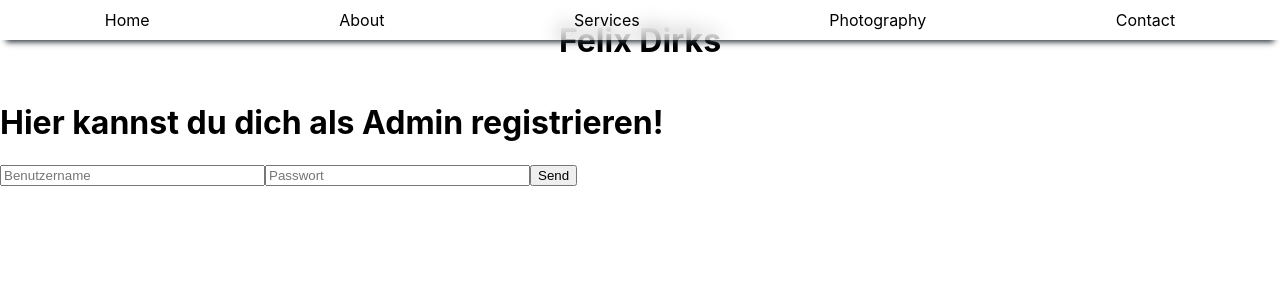
Repository: muhanad-musawi/backend-projekt-frondend
Page: /register (app in pohtographer/)
The author's editor kept a copy of each file at every save. The page is drawn from the files as they stood at one save, then again after the next save.
The browser window is 1280 px wide. The pictures show the whole page.
The page's requests for data from a server got no answer. The project was rebuilt for these pictures with package versions that can differ from the ones it lists, and the page was loaded fresh each time. The framework's server and built-in components were replaced by stand-ins that run in the browser. No one was signed in, and anything a server would have sent is missing. Also part of the build but not shown: pohtographer/next.config.js, pohtographer/styles/Footer.module.css.

Above is the page before, as saved 2022-03-25 19:39:17.

### pohtographer/pages/_app.js
import '../styles/globals.css'
import Layout from '../layouts/default'

function MyApp({ Component, pageProps }) {


  const getLayout = Component.getLayout
  || ((page) => (<Layout>{page}</Layout>))

  return  getLayout (<Component {...pageProps} />


  )

}

export default MyApp

### pohtographer/pages/register.jsx

 import { useState } from 'react'





function Register() {
  // recordAdd
  //const [ registerAdd, setRegisterAdd]  = useState([]) ;
  //const [adminName , setAdminName] = useState('')
 //const [adminPassword , setAdminPassword] = useState('')

  const initialInput = {
    adminName: '',
    adminPassword: ''
   }
   const [inputs, setInputs] = useState(initialInput)


   function handleInputChange(event) {

     const value =  event.target.value

    const name =  event.target.name

    console.log(value + name);
    setInputs({
       ...inputs,
     [name]: value})


   }

   const BACKEND_URL = process.env.NEXT_PUBLIC_BACKEND_URL;
 const REGISTER_PATH = BACKEND_URL + '/login/admin/register'


   const fetchRegisterAddData = (register)=>{
     console.log("records:"+ register);

     /*'http://localhost:4000/records'*/

     const registerJson  = JSON.stringify(register)
     fetch(REGISTER_PATH  , {
       method: 'POST',
       headers: {
         'Content-Type': 'application/json'
       },
       body: registerJson

   })
   .then((response) => {
    if (response.status !== 201) {
      alert("An Error occured");
      return;
    } else {
       router.reload(window.location.pathname)
       //navigate("/Photography", { replace: true });
      return response.json();
    }
  })
   .catch((err)=>console.log(err))
 }

   function handleSubmit(event) {
     event.preventDefault()
     const newAdmin = {
       ...inputs
     }
     fetchRegisterAddData(newAdmin )
   }


   return (
    <div>
      <h1>Hier kannst du dich als Admin registrieren!</h1>
     <div className='adminRegister' >
    <form className='adminRegisterForm' action="" onSubmit={handleSubmit}>

   {/**<label for="adminName">Benutzername <span>*</span></label> */}

    <input type="text" name="adminName"  id="adminName" placeholder='Benutzername' value={inputs.adminName} size="30" maxLength="50" onChange={handleInputChange}></input>
    {/**  <label for="adminPassword">Passwort<span>*</span></label> */}

    <input type="password" name="adminPassword"  id="adminPassword" placeholder='Passwort' value={inputs.adminPassword} size="30" maxLength="10" onChange={handleInputChange}></input>

    <input type="submit" value="Send" />
    </form>
     </div>
     </div>
     );
}

export default Register

### pohtographer/styles/globals.css
html,
body {
  padding: 0;
  margin: 0;
  font-family: -apple-system, BlinkMacSystemFont, Segoe UI, Roboto, Oxygen,
    Ubuntu, Cantarell, Fira Sans, Droid Sans, Helvetica Neue, sans-serif;
}

a {
  color: inherit;
  text-decoration: none;
}

* {
  box-sizing: border-box;
}

### pohtographer/layouts/default.jsx

import Header from '../components/Header'

import Footer from '../components/Footer'
import Head from 'next/head'


function Layout ({children}) {
  return (
    <div>
       <Header/>
       <Head>
        <title>my-App</title>
        <meta name="description" content="Generated by create next app" />
        <link rel="icon" href="/favicon.ico" />
      </Head>
      {children}
      <Footer/>
    </div>
  )
}

export default Layout

### pohtographer/components/Header.jsx
import Link from 'next/link'
import Image from 'next/image'
import home from '../img/home.svg'
import about from '../img/about.svg'
import service from '../img/service.svg'
import experience from '../img/experience.svg'
import contact from '../img/contact.svg'

import styles from '../styles/Header.module.css'
import { useRouter } from "next/router";



function Header() {

  const router = useRouter();

  return (
    <div className={styles.navbarCenter} >
      <h1 className={styles.logoName}>Felix Dirks</h1>
    <div className={styles.headerLinks}>

        <Link href="/">
          <a className={router.pathname == "/" ? styles.active : ""}><span className={styles.desktopVersion}>Home</span>
        <span className={styles.mobileVersion}>

          <span className={styles.img}> <Image  src={home} alt="home" /></span>


        </span></a>
        </Link>

        <Link href="/About">
          <a className={router.pathname == "/About" ? styles.active : ""}>
          <span className={styles.desktopVersion}>About</span>
        <span className={styles.mobileVersion}>


        <span className={styles.img} ><Image   src={about} alt="about" /></span>

        </span>
          </a>
        </Link>

        <Link href="/Services">
          <a className={router.pathname == "/Services" ? styles.active  : ""}>
          <span className={styles.desktopVersion}>Services</span>
        <span className={styles.mobileVersion}>

          <span className={styles.img}><Image  src={service} alt="service" /></span>


        </span>
          </a>
        </Link>

        <Link href="/Photography">
          <a className={router.pathname == "/Photography" ? styles.active  : ""}>
          <span className={styles.desktopVersion}>Photography</span>
        <span className={styles.mobileVersion}>

          <span className={styles.img} > <Image  src={home} alt="home" /></span>


        </span>
          </a>
        </Link>

        <Link href="/Contact">
          <div className={router.pathname == "/Contact" ? styles.active : ""}>
          <span className={styles.desktopVersion}>Contact</span>

        <span className={styles.mobileVersion}>

          <span className={styles.img} ><Image  src={contact} alt="contact" /></span>

        </span>
          </div>
        </Link>

        </div>

    </div>
  )
}

export default Header

### pohtographer/components/Footer.jsx
import styles from '../styles/Footer.module.css'

function Footer() {
  return (
    <div className={styles.footer} >

    </div>
  )
}

export default Footer

### pohtographer/styles/Header.module.css
/*
$color-white:#ffffff;
$footer-color:#737373;
$color-gold:#a57d38;
$color-dark:#242d34;
*/




.navbarCenter {
  width: 100%;
  display: flex;
  justify-content: center;

}

.headerLinks {
  -webkit-backdrop-filter: blur(10px);
  backdrop-filter: blur(10px);
  background-color: rgba(255, 255, 255, 0.5);

  margin: auto auto;
  padding: 10px;
  margin-bottom: 50px;
  display: flex;
  justify-content: space-around;
  align-items: center;

  border-radius: 40px;
  overflow: hidden;
  position: fixed;
  bottom: 0;
  width: 85%;
}

.mobileVersion {
  display: flex;
  justify-content: center;
  align-items: center;
  visibility: visible;
  border: 1px solid #a57d38;
  border-radius: 60%;
}

.mobileVersion:hover {
  border: 1px solid #a57d38;
  background-color: #242d34;
  border-radius: 60%;
}

.active {
  background-color: #242d34;
  border-radius: 60%;
  border: 2px solid #a57d38;
}

.img {
  width: 40px;
  margin: 5px;
  margin-left: 10px;
  margin-right: 10px;
  margin-top: 10px;
}

.desktopVersion {
  display: none;
  visibility: hidden;
}



@media screen and (min-width: 1024px) {

  .navbarCenter {

    position: sticky;
    overflow: hidden;
    z-index: 2;
    top: 0;

    width: 100%;
  }


  .headerLinks {
    width: 100%;
    -webkit-backdrop-filter: blur(10px);
    backdrop-filter: blur(10px);
    background-color: rgba(255, 255, 255, 0.5);


    justify-content: space-around;
    margin-top: 0px;
    margin-bottom: 0px;
    border-radius: 0;
    bottom: unset;


    -webkit-box-shadow: 0 8px 6px -6px #242d34;
    -moz-box-shadow: 0 8px 6px -6px #242d34;
    box-shadow: 0 8px 6px -6px #242d34;
  }


  .active {

    background-color: initial;
    border-radius: 0;
    border: none;
    border-top: 2px solid #a57d38;
  }

  .mobileVersion {
    display: none;
    visibility: hidden;
  }

  .desktopVersion {


    display: block;
    visibility: visible;
  }




}

After the next save:
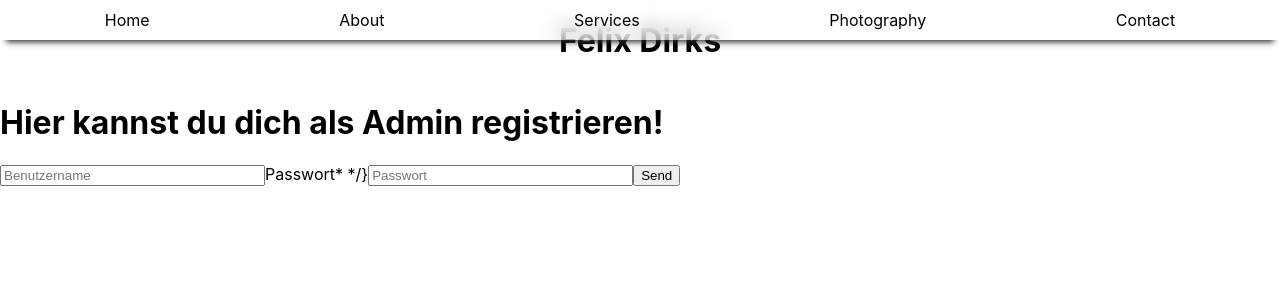
Saved 15 min 2 s later.
--- a/pohtographer/pages/register.jsx
+++ b/pohtographer/pages/register.jsx
@@ -81,7 +81,7 @@ function Register() {
    {/**<label for="adminName">Benutzername <span>*</span></label> */}
 
     <input type="text" name="adminName"  id="adminName" placeholder='Benutzername' value={inputs.adminName} size="30" maxLength="50" onChange={handleInputChange}></input>
-    {/**  <label for="adminPassword">Passwort<span>*</span></label> */}
+      <label for="adminPassword">Passwort<span>*</span></label> */}
 
     <input type="password" name="adminPassword"  id="adminPassword" placeholder='Passwort' value={inputs.adminPassword} size="30" maxLength="10" onChange={handleInputChange}></input>
 
